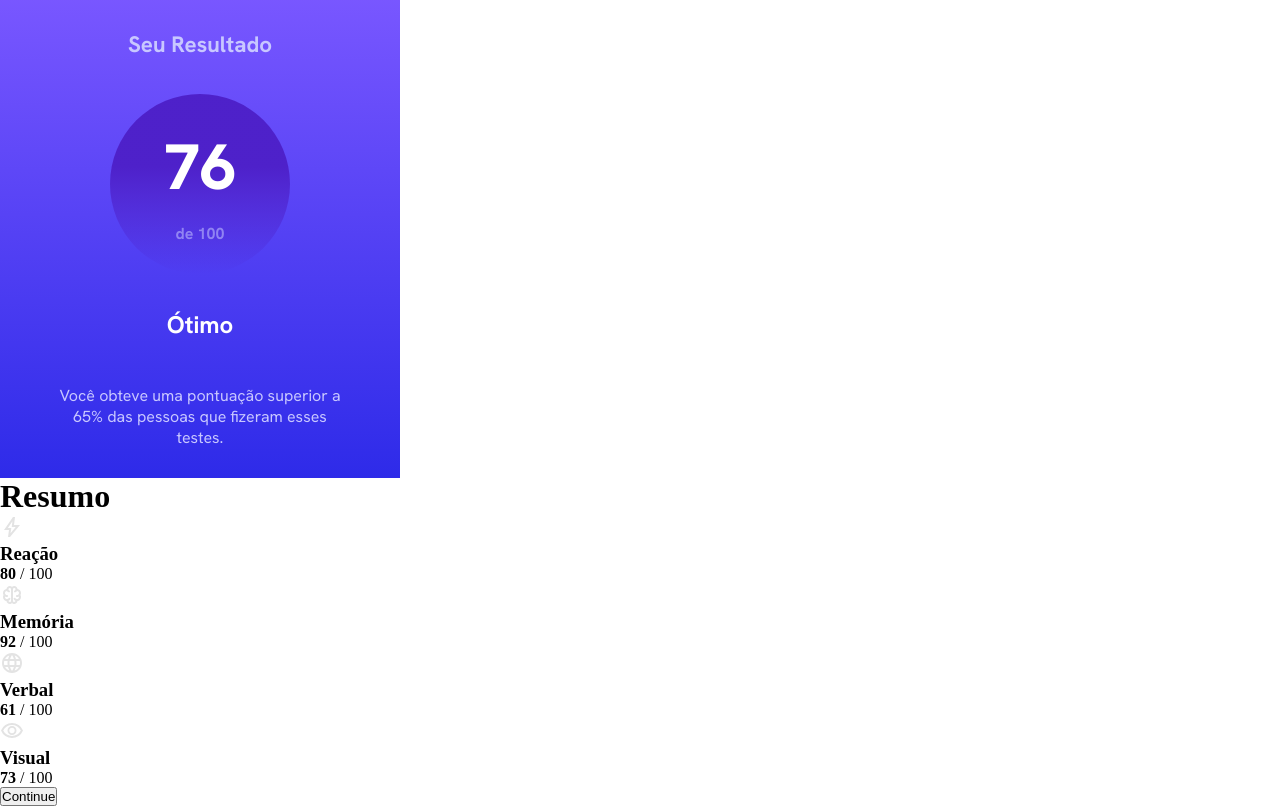
Repository: caique2512/resumo-de-resultados
Page: index.html
An editor plug-in stored every save of this project. The page is shown before and after a run of saves, followed by the edit.
The browser window is 1280 px wide. The pictures show the whole page.

Above is the page before, as saved 2026-03-09 16:40:27.

### index.html
<!DOCTYPE html>
<html lang="pt-br">
<head>
    <meta charset="UTF-8">
    <meta name="viewport" content="width=device-width, initial-scale=1.0">
    <title>Resumo de Resultados</title>
    <link rel="stylesheet" href="src/css/estilos.css">
    <link rel="stylesheet" href="src/css/reset.css">
</head>
<body>
    <main class="conteudo">
        <div class="principal">
            <h1 class="titulo">Seu Resultado</h1>
            <div class="circulo">
                <h2>76</h2>
                <p>de 100</p>
            </div>
            <h2>Ótimo</h2>
            <p class="subtitle">Você obteve uma pontuação superior a 65% das pessoas que fizeram esses testes.</p>
        </div>
        <div>
            <h1 class="titulo1">Resumo</h1>
            <div class="classes">
                <div class="resumo1">
                    <img src="./src/images/raio.svg" alt="Raio">
                    <h3>Reação</h3>
                    <p><strong>80</strong> / 100</p>
                </div>
                <div class="resumo2">
                    <img src="./src/images/memoria.svg" alt="Memória">
                    <h3>Memória</h3>
                    <p><strong>92</strong> / 100</p>
                </div>
                <div class="resumo3">
                    <img src="./src/images/mensagem.svg" alt="Mensagem">
                    <h3>Verbal</h3>
                    <p><strong>61</strong> / 100</p>
                </div>
                <div class="resumo4">
                    <img src="./src/images/olho.svg" alt="olho">
                    <h3>Visual</h3>
                    <p><strong>73</strong> / 100</p>
                </div>
            </div>
            <button class="btn-resumo">Continue</button>
        </div>
    </main>
</body>
</html>

### src/css/estilos.css
@import url('https://fonts.googleapis.com/css2?family=Hanken+Grotesk:ital,wght@0,100..900;1,100..900&display=swap');


.principal {
    background: linear-gradient(hsl(252, 100%, 67%), hsl(241, 81%, 54%));
    width: 400px;
    display: flex;
    flex-direction: column;
    align-items: center;
}

.titulo {
    color: hsl(241, 100%, 89%);
    font-family: "Hanken Grotesk";
    margin-top: 30px;
    font-size: 1.4rem;
}

.circulo {
    background: linear-gradient(hsla(256, 72%, 46%, 1) 40%, hsla(241, 72%, 46%, 0));
    width: 180px;
    height: 180px;
    border-radius: 50%;
    display: flex;
    align-items: center;
    justify-content: center;
    flex-direction: column;
    margin: 35px 35px;
}

.circulo h2 {
    font-size: 4rem;
    font-family: "Hanken Grotesk";
    font-weight: 800;
    color: hsl(0, 0%, 100%);
}

.circulo p {
    color: hsla(241, 100%, 89%, 0.538);
    font-family: "Hanken Grotesk";
    font-weight: 700;
}

.principal h2 {
    color: white;
    font-family: "Hanken Grotesk";
    margin-bottom: 15px;
}

.principal .subtitle {
    color: hsl(241, 100%, 89%);
    font-family: "Hanken Grotesk";
    width: 300px;
    display: flex;
    text-align: center;
    margin: 30px;
}

Loaded but not shown: src/css/reset.css (common file)

After the next 2 saves:
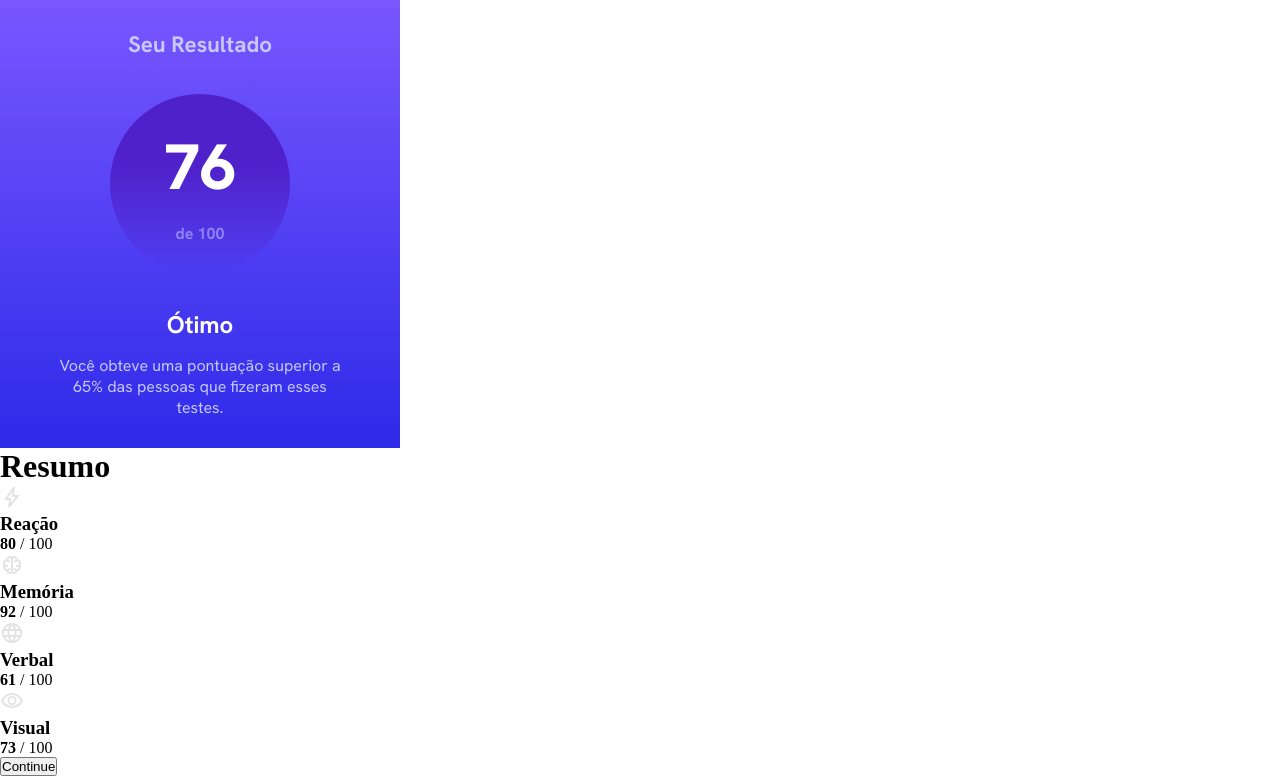
The 2 saves are shown as one change because they came seconds apart.
The last was saved 11 s later.
--- a/src/css/estilos.css
+++ b/src/css/estilos.css
@@ -53,5 +53,5 @@
     width: 300px;
     display: flex;
     text-align: center;
-    margin: 30px;
+    margin-bottom: 30px;
 }
